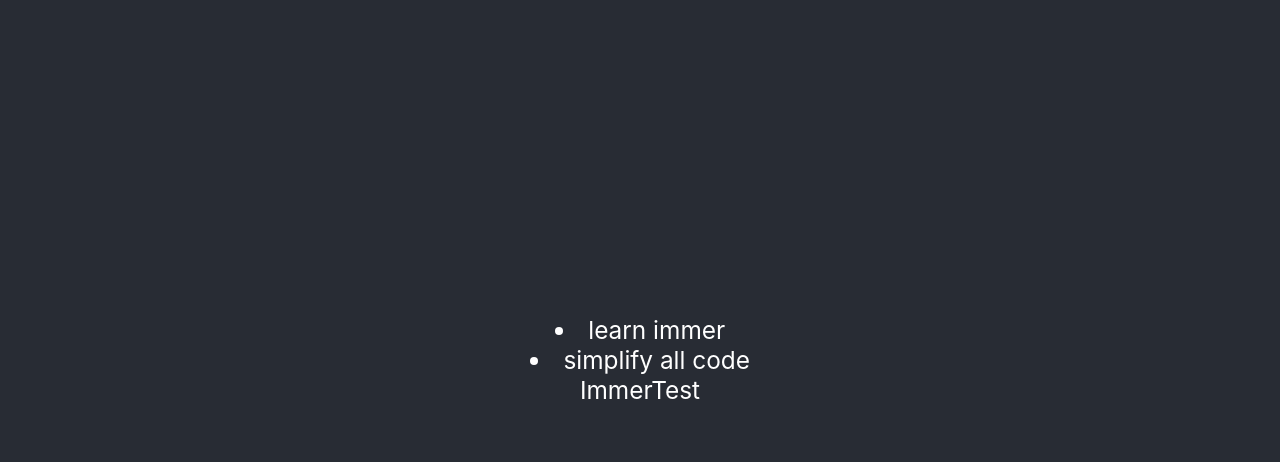
Repository: mhowey-gr8/immer-test
Page: /
These files come from the project's save history. The page is drawn as it stood at one moment and after a run of saves; the edit follows.
The browser window is 1280 px wide. The pictures show the whole page.
The project was rebuilt for these pictures with package versions that can differ from the ones it lists, and the page was loaded fresh each time.

Above is the page before, as saved 2019-06-20 19:09:43.

After the next 3 saves:
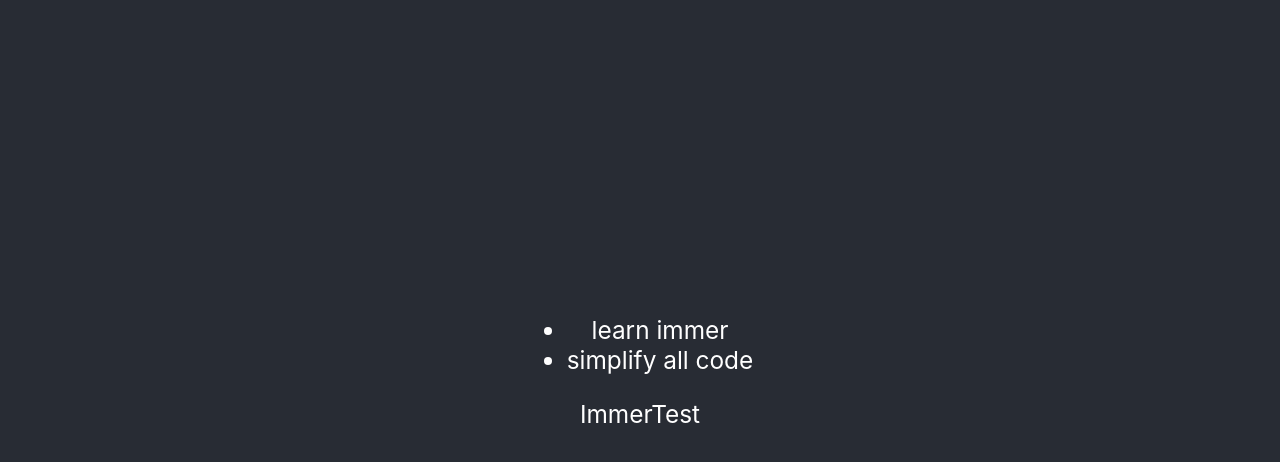
The 3 saves are shown as one change because they came seconds apart.
The last was saved 13 s later.
--- a/src/App.js
+++ b/src/App.js
@@ -22,9 +22,11 @@ function App() {
   return (
     <div className='App'>
       <header className='App-header'>
-        {todos.map(todo => {
-          return <li>{todo.text}</li>;
-        })}
+        <ul>
+          {todos.map(todo => {
+            return <li>{todo.text}</li>;
+          })}
+        </ul>
         <ImmerTest />
       </header>
     </div>
